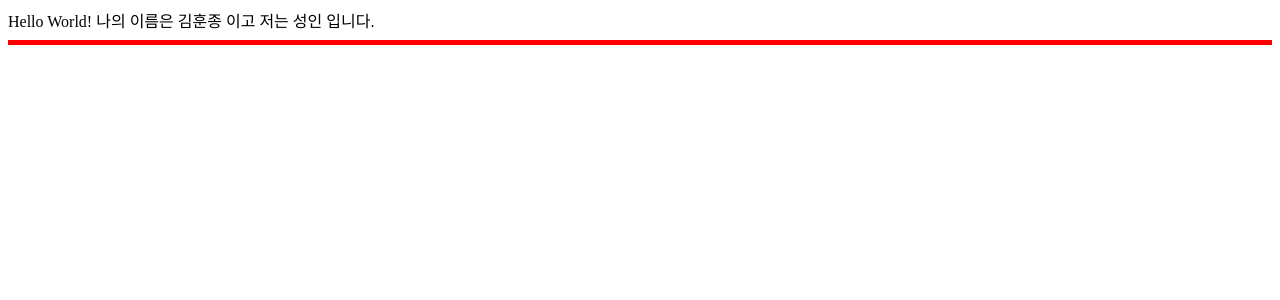
Repository: parvenuHJ/JSP_Servlet_
Page: http://localhost/JSP/Ex01HelloJSP.jsp
These files come from the project's save history. The page is drawn as it stood at one moment and after the next save; the edit follows.
The browser window is 1280 px wide. The pictures show the whole page.
The page is served by Tomcat 9.

Above is the page before, as saved 2023-08-16 07:30:05.

After the next save:
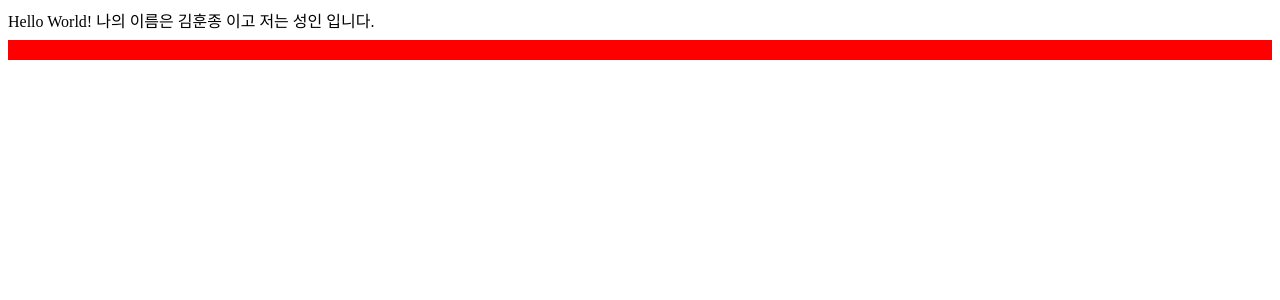
Saved 64 s later.
--- a/JSP/src/main/webapp/Ex01HelloJSP.jsp
+++ b/JSP/src/main/webapp/Ex01HelloJSP.jsp
@@ -33,7 +33,7 @@
 
 	<br>
 
-	<hr color="red" size='5'>
+	<hr color="red" size='<%=age%>'>
 
 
 </body>
